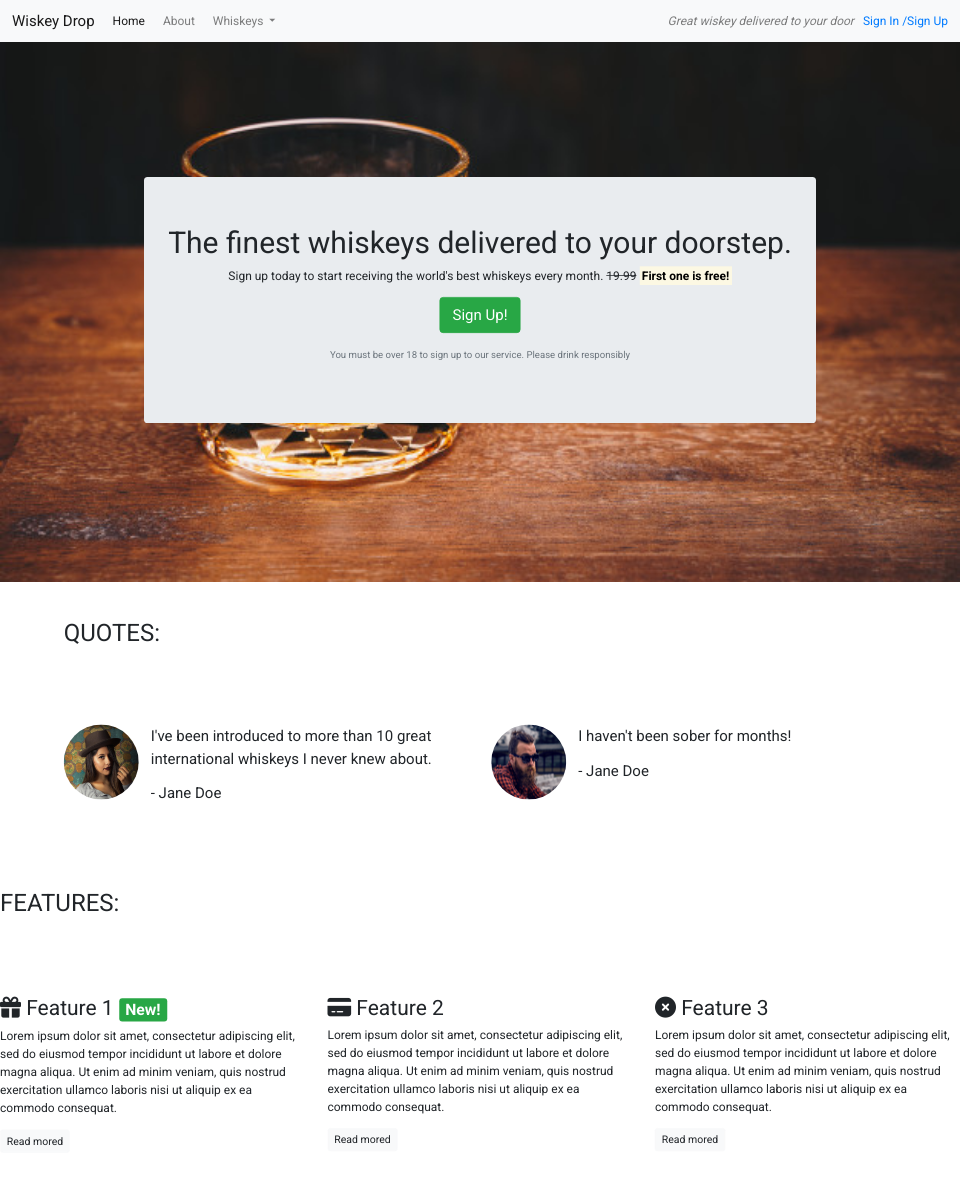
Repository: manub7/bootstrap4-mobile-first
Page: index.html
The author's editor kept a record of every edit. The page is drawn from the files as they stood at one moment, then again after the next edit.
The browser window is 1280 px wide. The page is 1295 px wide, so the pictures cover 1295 px, including what lies to the right of the window. The pictures show the whole page, at 75% of full size.
Backgrounds fixed to the window are drawn as part of the page. Some web libraries are served in a nearby version.

Above is the page before.

### index.html
<!DOCTYPE html>
<html lang="en-us">

<head>
    <meta charset="utf-8">
    <meta name="viewport" content="width=device-width, initial-scale=1.0">
    <title>Whiskey Drop | Taste a new whiskey every month</title>
    <link rel="stylesheet" href="https://maxcdn.bootstrapcdn.com/bootstrap/4.1.3/css/bootstrap.min.css">
    <link rel="stylesheet" href="https://stackpath.bootstrapcdn.com/bootstrap/4.4.1/css/bootstrap.min.css" integrity="sha384-Vkoo8x4CGsO3+Hhxv8T/Q5PaXtkKtu6ug5TOeNV6gBiFeWPGFN9MuhOf23Q9Ifjh" crossorigin="anonymous">
    <script src="https://kit.fontawesome.com/0c0aa31012.js" crossorigin="anonymous"></script>
    <link href="https://fonts.googleapis.com/css?family=Roboto:400,700&display=swap" rel="stylesheet">
    <link rel="stylesheet" href="css/style.css" type="text/css" />
</head>

<body>
    <nav class="navbar navbar-light bg-light navbar-expand-sm ">

        <a href="/" class="navbar-brand">Wiskey Drop</a>
        <button class="navbar-toggler ml-auto" type="button" data-toggle="collapse" data-target="#navbarNavDropdown" aria-controls="navbarNavDropdown" aria-expanded="false" aria-label="Toggle navigation">
        <span class="navbar-toggler-icon"></span></button>

        <div class="collapse navbar-collapse" id="navbarNavDropdown">
            <ul class="navbar-nav mr-auto">
                <li class="active nav-item mr-2"><a class="nav-link" href="/">Home</a></li>
                <li class="nav-item mr-2"><a class="nav-link" href="/about">About</a></li>
                <li class="nav-item dropdown">
                    <a class="nav-link dropdown-toggle" href="#" id="navbarDropdownMenuLink" role="button" data-toggle="dropdown" aria-haspopup="true" aria-expanded="false">
            Whiskeys
        </a>
                    <div class="dropdown-menu" aria-labelledby="navbarDropdownMenuLink">
                        <a class="dropdown-item" href="#">Irish</a>
                        <a class="dropdown-item" href="#">Scotch</a>
                        <a class="dropdown-item" href="#">Japanese</a>
                        <a class="dropdown-item" href="#">American</a>
                    </div>
                </li>

                <li class="nav-item mr-2 d-block d-sm-none"><a class="nav-link" href="">Sign In / Sign Up</a></li>
            </ul>
        </div>

        <div class="d-none d-md-block">
            <p class="navbar-text my-auto mr-2"><i>Great wiskey delivered to your door</i></p>
            <a href="/login">Sign In /Sign Up</a>

        </div>

    </nav>
    <!-- <div class="container alert-container">
        <div class="row d-none d-sm-block">
            <div class="col-12">
                <div class="alert alert-warning">
                    <strong>Sale Now On!</strong> We've got the sale on. Get 12 months subscription for the price of 6!
                    <a ref="">See here for details!</a>
                </div>
            </div>
        </div>
         -->
        <!-- Callout -->
        <div class="container-fluid callout-container">
            <div class="row">
                <div class="col-12">
                    <section class="callout jumbotron text-center">
                        <h1 class="jumbotron-header">The finest whiskeys delivered to your doorstep.</h1>
                        <p clas="lead">Sign up today to start receiving the world's best whiskeys every month.
                            <s class="d-none d-sm-inline">19.99</s>
                            <span class="d-inline d-sm-none"><br></span>
                            <strong><mark> First one is free!</mark></strong></p>
                        <p><button class="btn btn-lg btn-success" data-toggle="modal" data-target="#signUpModal">Sign Up!</button></p>
                        <p class="text-muted"><small> You must be over 18 to sign up to our service. Please drink responsibly </small></p>
                    </section>
                </div>
            </div>
        </div>
        <!-- /.callout -->
    </div>

    <!-- Quotes -->
    <div class="container container-quotes">
        <section class="quotes">
            <div class="row">
                <div class="col-12 my-5">
                    <h2 class="text-uppercase">Quotes:</h2>
                </div>
            </div>
            <div class="row">
                <div class="col-12 col-md-6 my-5">
                    <div class="media">
                        <div class="d-none d-sm-block">
                            <img src="images/girl-image.png" class="rounded-circle  mr-3" height=100 width=100>
                        </div>
                        <div class="media-body">
                            <blockquote class="blockquote">
                                <p>I've been introduced to more than 10 great international whiskeys I never knew about.</p>
                                <p>- Jane Doe</p>
                            </blockquote>
                        </div>
                    </div>
                </div>

                <div class="col-12 col-md-6 my-5">
                    <div class="media">
                        <div class="d-none d-sm-block">
                            <img src="images/guy-image.png" class="rounded-circle mr-3" height=100 width=100>
                        </div>
                        <div class="media-body">
                            <blockquote class="blockquote">
                                <p>I haven't been sober for months!</p>
                                <p>- Jane Doe</p>
                                </blockquotes>
                        </div>
                    </div>
                </div>
            </div>
    </div>
    </section>
    <!-- /.quotes -->


    <!-- Features -->
    <div class="features-container">
        <section class="features">
            <div class="row">
                <div class="col-12 my-5">
                    <h2 class="text-uppercase">Features:</h2>
                </div>
            </div>

            <div class="row">
                <div class="col-12 col-md-6 col-lg-4 my-5">
                    <div class="feature">
                        <h3><i class="fas fa-gift d-none d-sm-inline"></i> Feature 1 <span class="badge badge-success">New!</span></h3>
                        <p>Lorem ipsum dolor sit amet, consectetur adipiscing elit, sed do eiusmod tempor incididunt ut labore et dolore magna aliqua. Ut enim ad minim veniam, quis nostrud exercitation ullamco laboris nisi ut aliquip ex ea commodo consequat.</p>
                        <p><a class="btn btn-sm btn-light">Read mored</a></p>
                    </div>
                </div>


                <div class="col-12 col-md-6 col-lg-4 my-5">
                    <div class="feature">
                        <h3><i class="fas fa-credit-card d-none d-sm-inline"></i> Feature 2</h3>
                        <p>Lorem ipsum dolor sit amet, consectetur adipiscing elit, sed do eiusmod tempor incididunt ut labore et dolore magna aliqua. Ut enim ad minim veniam, quis nostrud exercitation ullamco laboris nisi ut aliquip ex ea commodo consequat.</p>
                        <p><a class="btn btn-sm btn-light">Read mored</a></p>
                    </div>
                </div>


                <div class="col-12 d-md-none d-lg-block col-lg-4 my-5">
                    <div class="feature">
                        <h3><i class="fas fa-times-circle d-none d-sm-inline"></i> Feature 3</h3>
                        <p>Lorem ipsum dolor sit amet, consectetur adipiscing elit, sed do eiusmod tempor incididunt ut labore et dolore magna aliqua. Ut enim ad minim veniam, quis nostrud exercitation ullamco laboris nisi ut aliquip ex ea commodo consequat.</p>
                        <p><a class="btn btn-sm btn-light">Read mored</a></p>
                    </div>
                </div>
            </div>
    </div>
    </section>
    <!-- /.features -->
    </div>

    <!-- /Modla dialog -->

    <div class="modal" tabindex="-1" role="dialog" id="signUpModal">
        <div class="modal-dialog" role="document">
            <div class="modal-content">
                <div class="modal-header">
                    <h5 class="modal-title">Sign Up To Whiskey Drop!</h5>
                    <button type="button" class="close" data-dismiss="modal" aria-label="Close">
          <span aria-hidden="true">&times;</span>
        </button>
                </div>
                <div class="modal-body">
                    <form>
                        <div class="form-group">
                            <label for="exampleInputEmail1">Email address</label>
                            <input type="email" class="form-control" id="exampleInputEmail1" aria-describedby="emailHelp" placeholder="Enter email">
                            <small id="emailHelp" class="form-text text-muted">We'll never share your email with anyone else.</small>
                        </div>
                        <div class="form-group">
                            <label for="password">Password</label>
                            <input type="password" class="form-control" id="password" placeholder="Password">
                        </div>
                        <div class="form-group">
                            <label for="repeatPassword">Repeat Password</label>
                            <input type="password" class="form-control" id="repeatPassword" placeholder="Repeat Password">
                        </div>
                        <button type="submit" class="btn btn-success">Submit</button>
                    </form>
                </div>
            </div>
        </div>
    </div>


    <script src="https://code.jquery.com/jquery-3.4.1.slim.min.js" integrity="sha384-J6qa4849blE2+poT4WnyKhv5vZF5SrPo0iEjwBvKU7imGFAV0wwj1yYfoRSJoZ+n" crossorigin="anonymous"></script>
    <script src="https://cdn.jsdelivr.net/npm/popper.js@1.16.0/dist/umd/popper.min.js" integrity="sha384-Q6E9RHvbIyZFJoft+2mJbHaEWldlvI9IOYy5n3zV9zzTtmI3UksdQRVvoxMfooAo" crossorigin="anonymous"></script>
    <script src="https://stackpath.bootstrapcdn.com/bootstrap/4.4.1/js/bootstrap.min.js" integrity="sha384-wfSDF2E50Y2D1uUdj0O3uMBJnjuUD4Ih7YwaYd1iqfktj0Uod8GCExl3Og8ifwB6" crossorigin="anonymous"></script>
</body>

</html>

### css/style.css
body {
    font-family: 'Roboto', sans-serif;
}

.alert-container {}

.callout-container {
    height: 100vh;
    background: url(../images/wiskey-background.jpg) no-repeat bottom right fixed;
    -webkit-background-size: cover;
    -moz-background-size: cover;
    -o-background-size: cover;
    background-size: cover;

    display: flex;
    align-items:center;
    justify-content:center;
}

.quotes-container {}

.features-container {}

.

After the next edit:
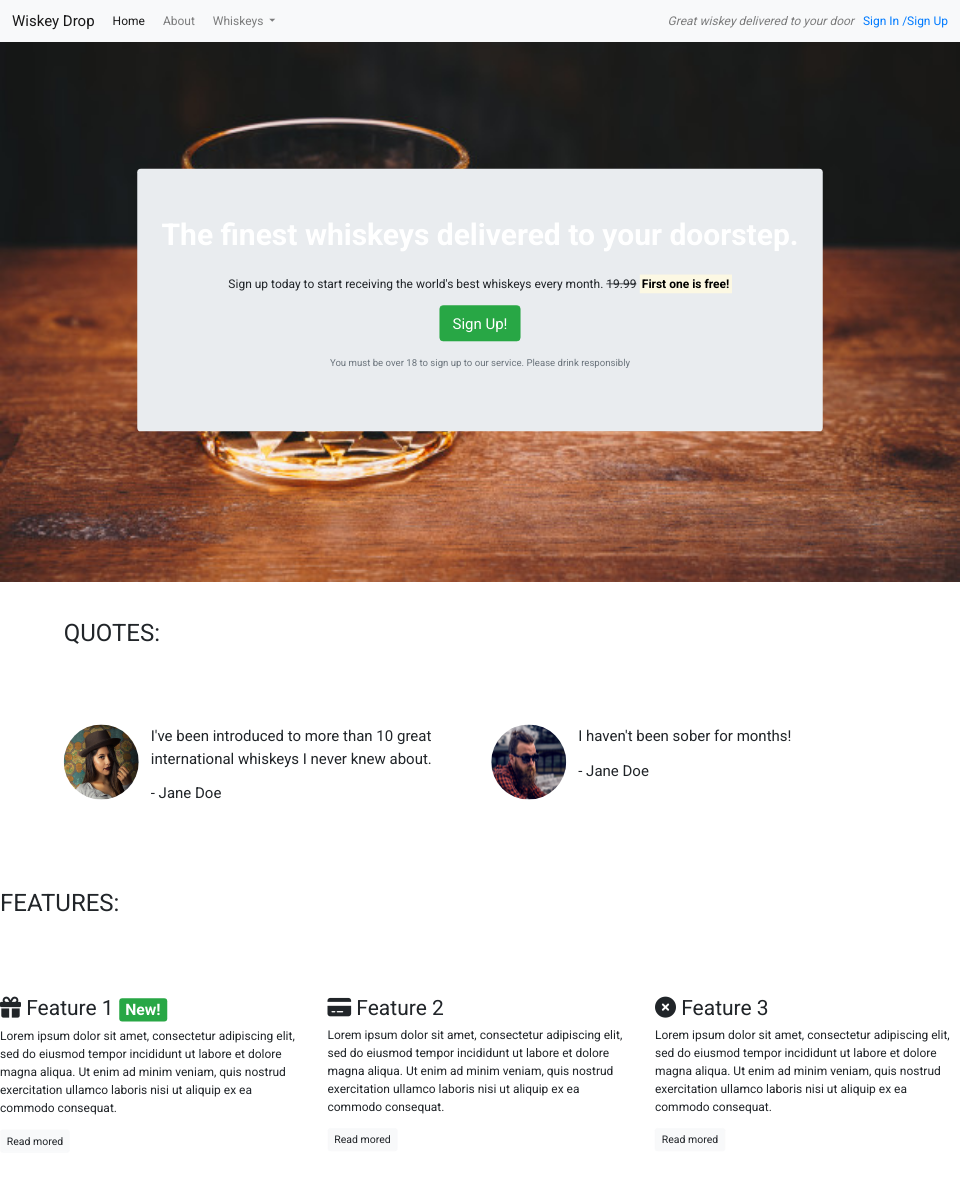
The edit:
--- a/css/style.css
+++ b/css/style.css
@@ -21,4 +21,10 @@
 
 .features-container {}
 
-.
+/*Jumbotron*/
+
+.jumbotron-header {
+    color: white;
+    font-weight: bold;
+    margin-bottom:30px;
+}
